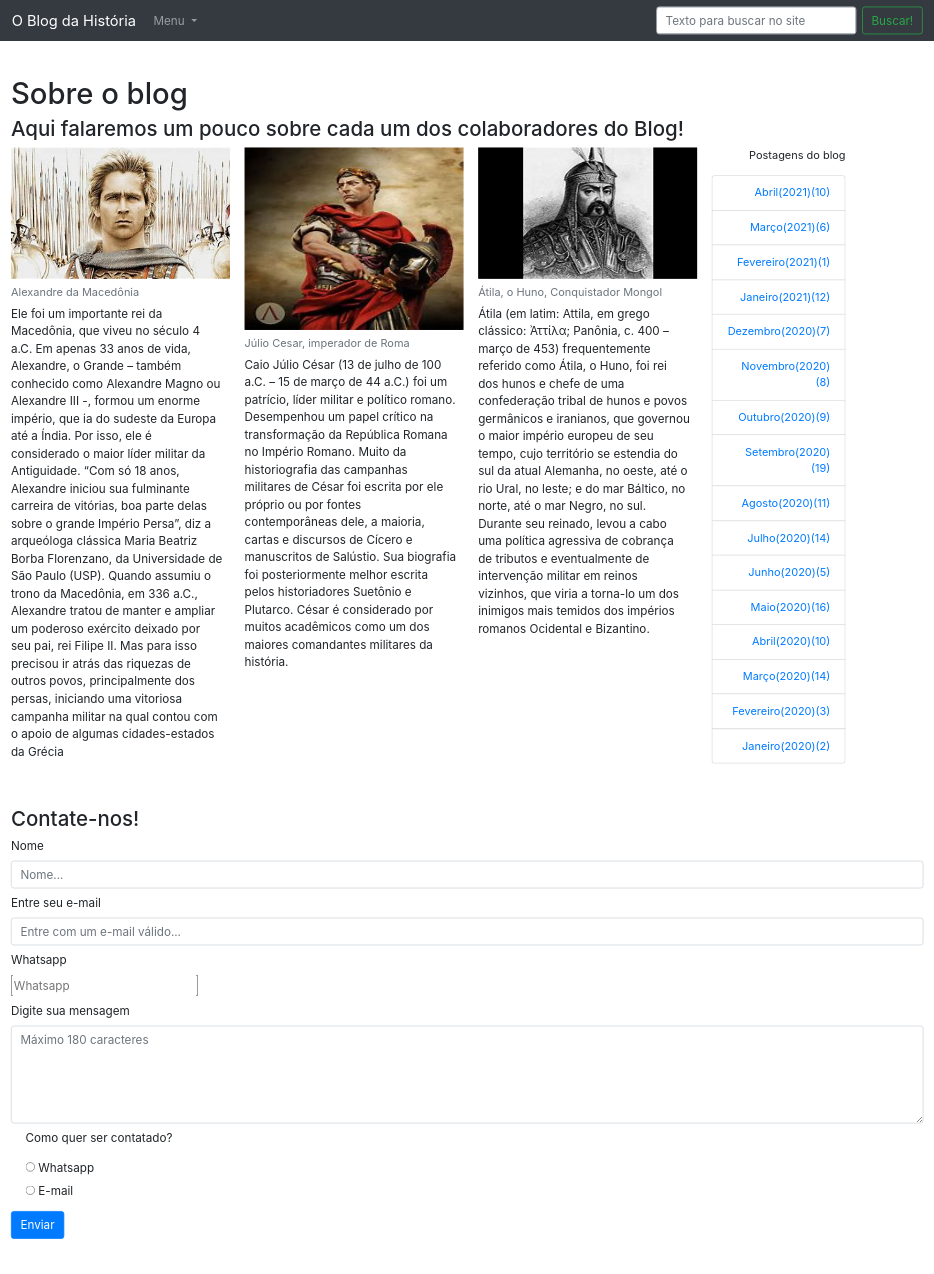
Repository: xhenrique/blog_layout_bootstrap
Page: source/sobre.html
The author's editor kept a copy of each file at every save. The page is drawn from the files as they stood at one save, then again after the next save.
The browser window is 1280 px wide. The pictures show the whole page, at 73% of full size.

Above is the page before, as saved 2021-04-25 17:00:31.

After the next save:
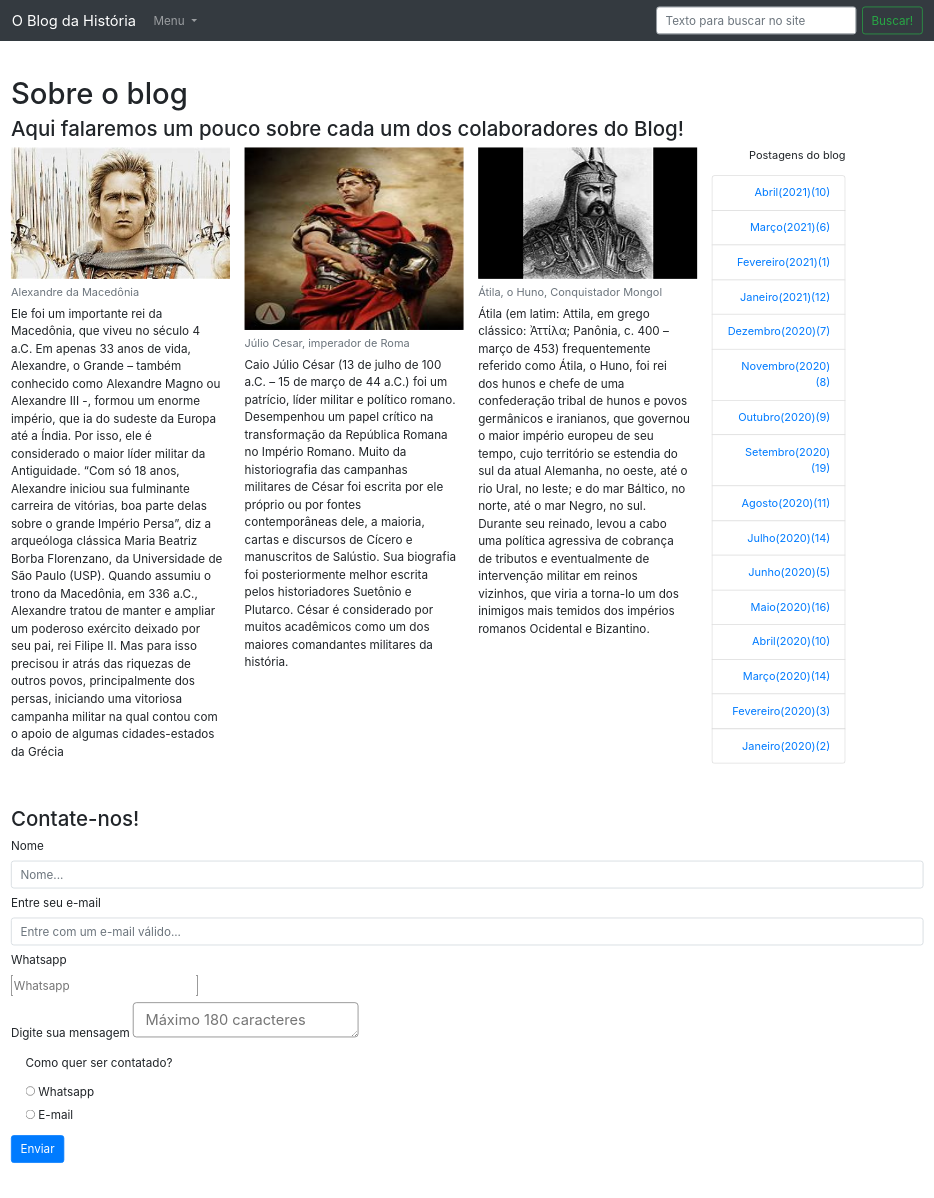
Saved 8 s later.
--- a/source/sobre.html
+++ b/source/sobre.html
@@ -118,7 +118,7 @@
                 </div>
                 <div class="mb-2">
                     <label for="msgInput" class="form-label">Digite sua mensagem</label>
-                    <textarea type="text" placeholder="Máximo 180 caracteres" maxlength="180" class="form-control" id="msgInput" rows="5"></textarea>
+                    <textarea type="text" placeholder="Máximo 180 caracteres" maxlength="180" class="form-control-lg" id="msgInput" rows="5"></textarea>
                 </div>
                 <div class="mb-2 form-check">
                     <p>Como quer ser contatado?</p>

After the save that followed:
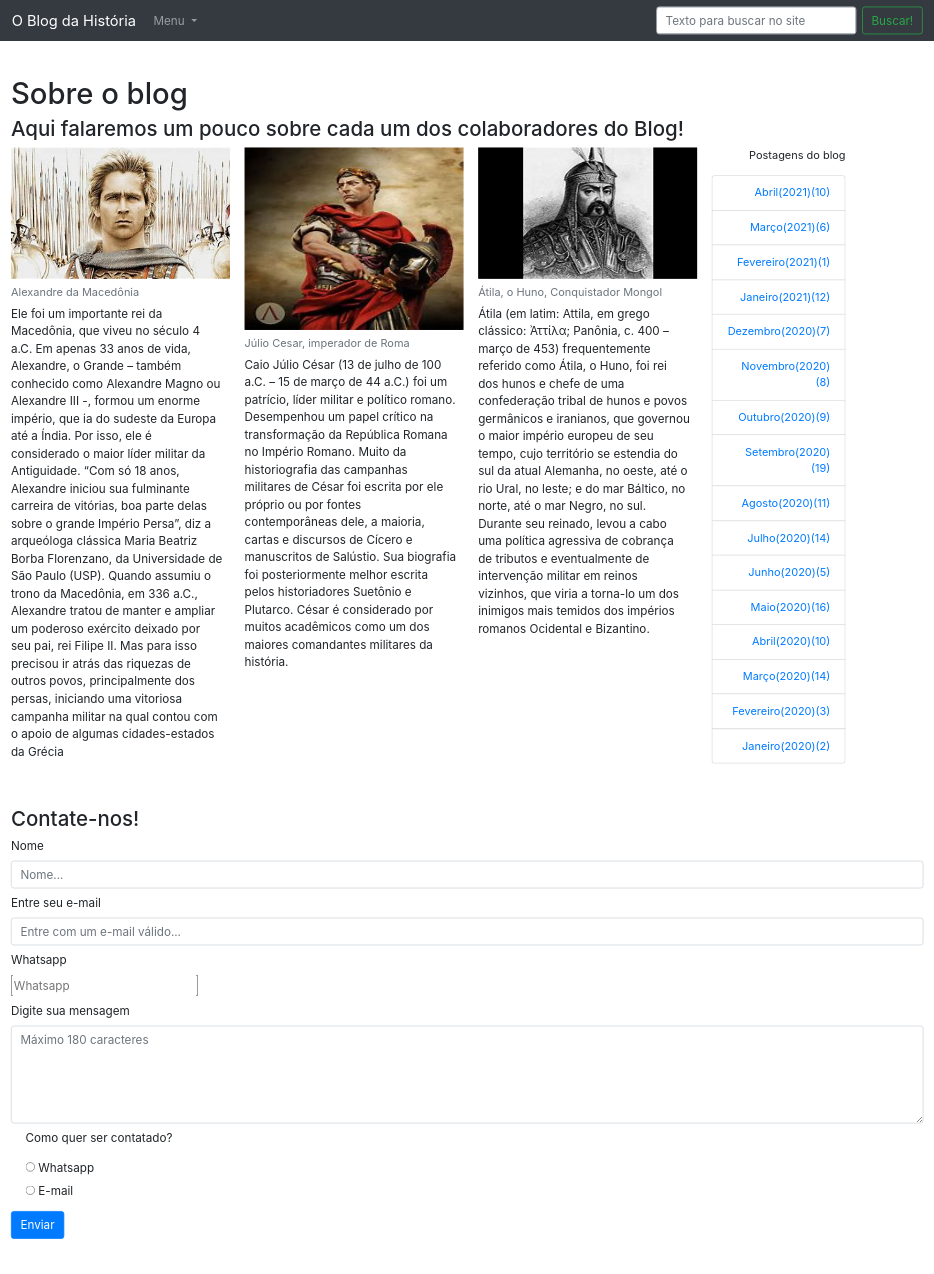
Saved 12 s later.
--- a/source/sobre.html
+++ b/source/sobre.html
@@ -118,7 +118,7 @@
                 </div>
                 <div class="mb-2">
                     <label for="msgInput" class="form-label">Digite sua mensagem</label>
-                    <textarea type="text" placeholder="Máximo 180 caracteres" maxlength="180" class="form-control-lg" id="msgInput" rows="5"></textarea>
+                    <textarea type="text" placeholder="Máximo 180 caracteres" maxlength="180" class="form-control" id="msgInput" rows="5"></textarea>
                 </div>
                 <div class="mb-2 form-check">
                     <p>Como quer ser contatado?</p>
